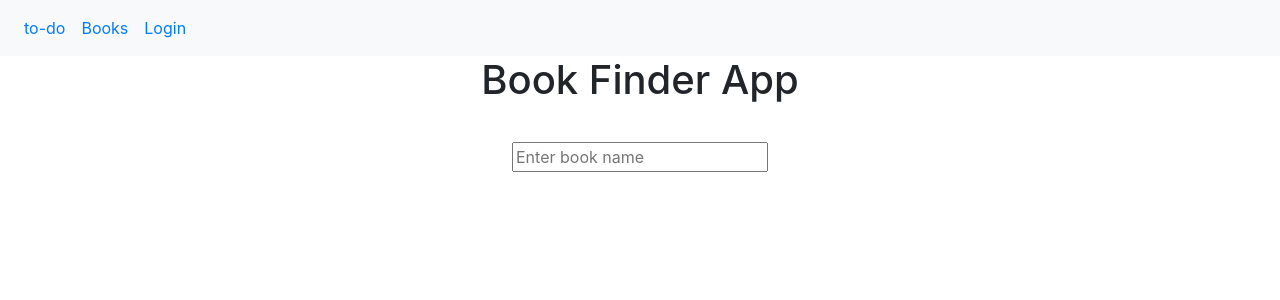
Repository: omniabadry/react-test
Page: /Books
An editor plug-in stored every save of this project. The page is shown before and after the next save, followed by the edit.
The browser window is 1280 px wide. The pictures show the whole page.
The page's requests for data from a server got no answer. The project was rebuilt for these pictures with package versions that can differ from the ones it lists, and the page was loaded fresh each time. No one was signed in, and anything a server would have sent is missing.

Above is the page before, as saved 2021-02-09 14:29:34.

### src/App.js
import React from 'react';
import {Collapse,Navbar,NavbarToggler,Nav,NavItem,NavLink} from 'reactstrap';
import { BrowserRouter as Router, Link } from "react-router-dom";
import Routes from "./Routes";

function App() {

  return (
    <Router>
      <Navbar color="light" light expand="md">
        <NavbarToggler />
        <Collapse navbar>
          <Nav className="mr-auto" navbar>
            <NavItem>
              <NavLink><Link to="/ToDo">to-do</Link></NavLink>
            </NavItem>
            <NavItem>
              <NavLink><Link to="/Books">Books</Link></NavLink>
            </NavItem>
            <NavItem >
              <NavLink ><Link to="/login">Login</Link></NavLink>
            </NavItem>
          </Nav>
        </Collapse>
      </Navbar>
      <Routes/>
    </Router>
  );
}

export default App;

### src/Routes.js
import React, { Suspense } from "react";
import { Route , Switch} from "react-router-dom";

const Login = React.lazy(() => import('./components/login'));
const Books = React.lazy(() => import("./components/books"));
const ToDo = React.lazy(() => import("./components/to-do"));

export default function Routes() {
    return (
      <Suspense fallback="loading.....">
        <Switch>
          <Route path="/login" exact component={Login} />
          <Route path="/Books" exact component={Books} />
          <Route path="/ToDo" exact component={ToDo} />
        </Switch>
      </Suspense>
    );
  }

### src/components/books.js
import {Card, CardText, CardBody,CardTitle, CardSubtitle} from 'reactstrap';
import { axiosInstance } from "../axiosConfig"
import { useEffect, useState } from 'react';
import "../css/books.css"

export default function Books() {
    const [searchValue, setSearchValue] = useState("")
    const [books, setBooks] = useState()

const getBooks = ()=>{
    axiosInstance.get("", {
        params: {
            q: (searchValue ? searchValue : "keyword")
        }
    }).then((res) => {
        setBooks(res.data.items)
    })
}
    useEffect(() => {
        getBooks()
    }, [searchValue])

    const handleInput = (event) => {
        setSearchValue(event.target.value)
    }
    const getCards = () => {
        if (books) {
            let cards = []
            for (let index = 0; index < books.length; index++) {
                cards.push(
                    <Card className="col-3">
                        <CardBody>
                            <CardTitle tag="h5">{books[index]["volumeInfo"]["title"]}</CardTitle>
                            <CardSubtitle tag="h6" className="mb-2 text-muted">{books[index]["volumeInfo"]["categories"]}</CardSubtitle>
                            <CardText>{books[index]["volumeInfo"]["authors"]}</CardText>
                        </CardBody>
                    </Card>
                )
            }
            return cards
        }
    }
    return (
        <div className="container" style={{ textAlign: "center" }}>
            <h1>Book Finder App</h1>
            <input value={searchValue} onChange={handleInput} type="text" name="search" id="search" placeholder="Enter book name" />
            <div className="books col-12">
                {getCards()}
            </div>
        </div>
    )

}

### src/axiosConfig.js
import axios from "axios";

export const axiosInstance = axios.create({
  baseURL: "https://www.googleapis.com/books/v1/volumes/",
});

### src/css/books.css
[class*="col-"] {
    float: left;
}

.books {
    text-align: center;
}

#search {
    margin: 30px;
}

.card {
    height: 200px;
    margin: 30px;
    background-color: rgb(136, 187, 187);
}

Loaded but not shown: public/index.html (common file); src/index.js (common file); src/index.css (common file); src/reportWebVitals.js (common file)

After the next save:
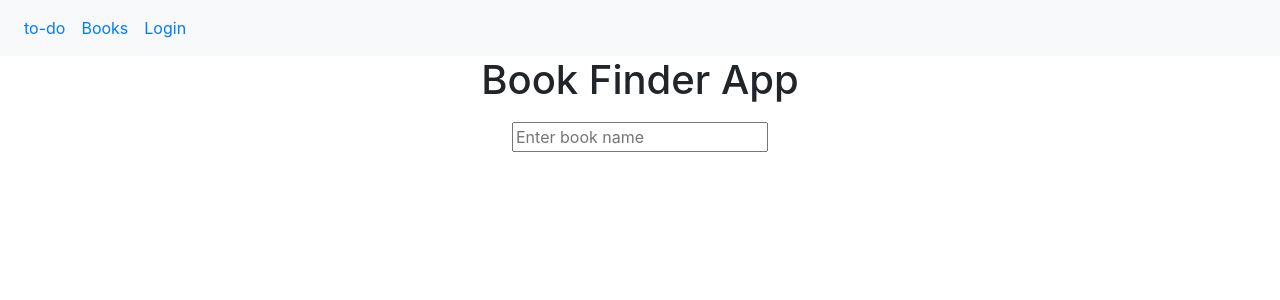
Saved 84 s later.
--- a/src/css/books.css
+++ b/src/css/books.css
@@ -7,7 +7,7 @@
 }
 
 #search {
-    margin: 30px;
+    margin: 10px;
 }
 
 .card {
